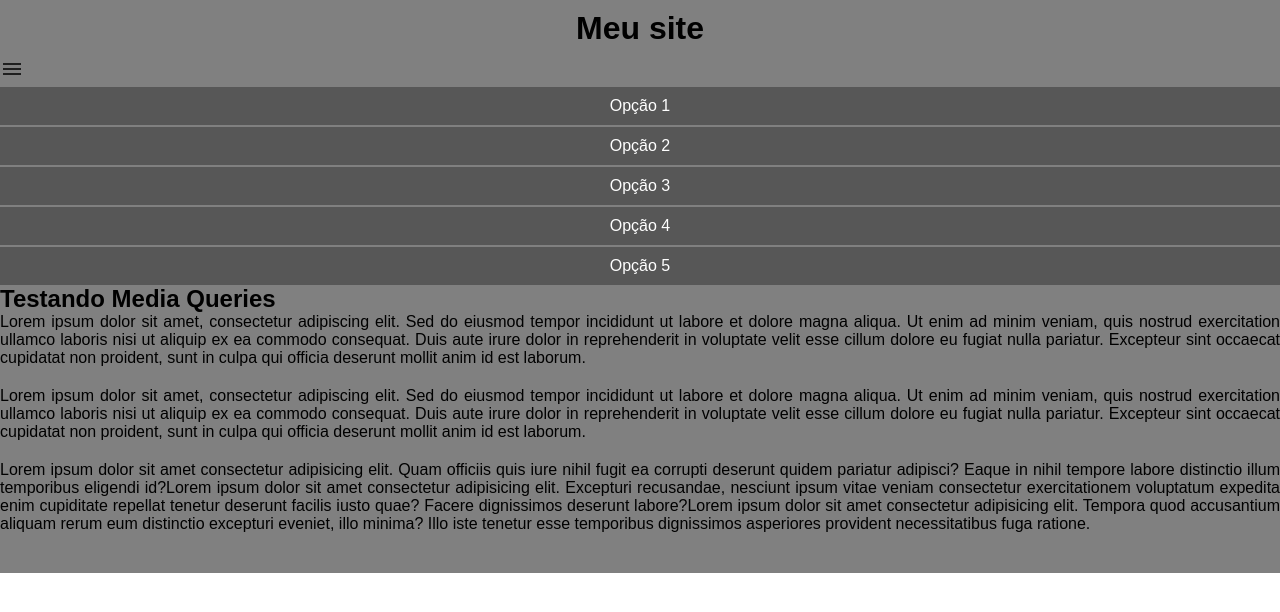
Repository: Sandro1969-tech/menu-hamburger
Page: index.html
An editor plug-in stored every save of this project. The page is shown before and after the next save, followed by the edit.
The browser window is 1280 px wide. The pictures show the whole page.

Above is the page before, as saved 2025-12-25 19:00:45.

### index.html
<!DOCTYPE html>
<html lang="pt-br">
<head>
    <meta charset="UTF-8">
    <meta name="viewport" content="width=device-width, initial-scale=1.0">
    <title>Media Queries</title>
    <link rel="stylesheet" href="style.css">
</head>
<body>
  <header>

            <h1>Meu site</h1>
            <a href="image/iconmenu.png">
  <img src="image/iconmenu.png" alt="Menu" class="menu-icon">
</a>



            <menu>
                <ul>
                    <li><a href="#">Opção 1</a></li>
                    <li><a href="#">Opção 2</a></li>
                    <li><a href="#">Opção 3</a></li>
                    <li><a href="#">Opção 4</a></li>
                    <li><a href="#">Opção 5</a></li>
                </ul>
            </menu>
                <article>
                    <h2>Testando Media Queries</h2>
                    <p>Lorem ipsum dolor sit amet, consectetur adipiscing elit. Sed do eiusmod tempor incididunt ut labore et dolore magna aliqua. Ut enim ad minim veniam, quis nostrud exercitation ullamco laboris nisi ut aliquip ex ea commodo consequat. Duis aute irure dolor in reprehenderit in voluptate velit esse cillum dolore eu fugiat nulla pariatur. Excepteur sint occaecat cupidatat non proident, sunt in culpa qui officia deserunt mollit anim id est laborum.</p>
                    <p>Lorem ipsum dolor sit amet, consectetur adipiscing elit. Sed do eiusmod tempor incididunt ut labore et dolore magna aliqua. Ut enim ad minim veniam, quis nostrud exercitation ullamco laboris nisi ut aliquip ex ea commodo consequat. Duis aute irure dolor in reprehenderit in voluptate velit esse cillum dolore eu fugiat nulla pariatur. Excepteur sint occaecat cupidatat non proident, sunt in culpa qui officia deserunt mollit anim id est laborum.</p>
                    <p> Lorem ipsum dolor sit amet consectetur adipisicing elit. Quam officiis quis iure nihil fugit ea corrupti deserunt quidem pariatur adipisci? Eaque in nihil tempore labore distinctio illum temporibus eligendi id?Lorem ipsum dolor sit amet consectetur adipisicing elit. Excepturi recusandae, nesciunt ipsum vitae veniam consectetur exercitationem voluptatum expedita enim cupiditate repellat tenetur deserunt facilis iusto quae? Facere dignissimos deserunt labore?Lorem ipsum dolor sit amet consectetur adipisicing elit. Tempora quod accusantium aliquam rerum eum distinctio excepturi eveniet, illo minima? Illo iste tenetur esse temporibus dignissimos asperiores provident necessitatibus fuga ratione.</p>
                </article>
    </main>
  </header>
</body>
</html>

### style.css
@charset "UTF-8";

* {
    font-family: Arial, Helvetica, sans-serif;
    margin: 0px;
    padding: 0px;
}

body html {
    background-color: lightgrey;
}
header {
    background-color: grey;
}

iconmenu.png {
    blackground


}

h1 {
padding: 10px;
text-align: center;
}

menu {
    display: block;
}
menu > ul {
    list-style-type: none;
}
menu a {
    display: block;
    padding: 10px;
    text-decoration: none;
    background-color: rgba(87,87,87);
    text-align: center;
    color: white;
    border-top: 2px solid grey;
}
menu > ul > li:hover a {
    background-color: rgba(119, 136, 153, 0.459);
}

main {
    width: 90vw;
    background-color:white;
    margin:  auto;
    margin-top: 10px;
    padding: 10px;
    border-radius: 10px;
}

article {
    padding-bottom: 20px;
}
article > p {
    text-align: justify;
    margin-bottom: 20px;
    text -indent: 20px;
}

After the next save:
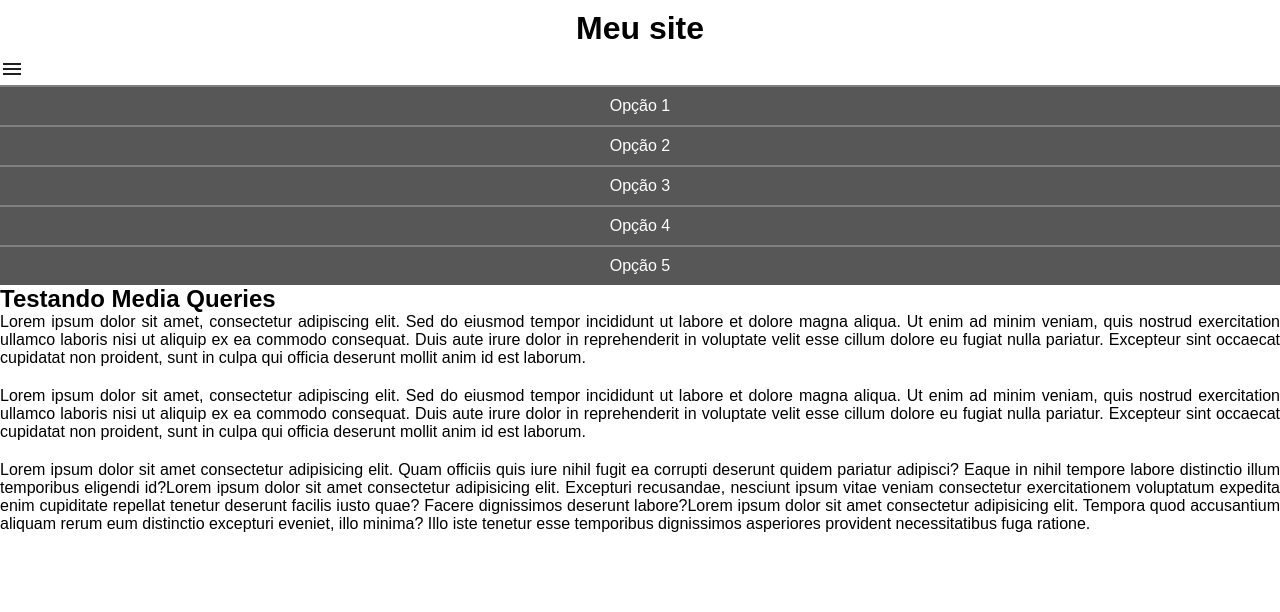
Saved 28 s later.
--- a/style.css
+++ b/style.css
@@ -9,9 +9,7 @@
 body html {
     background-color: lightgrey;
 }
-header {
-    background-color: grey;
-}
+header
 
 iconmenu.png {
     blackground
